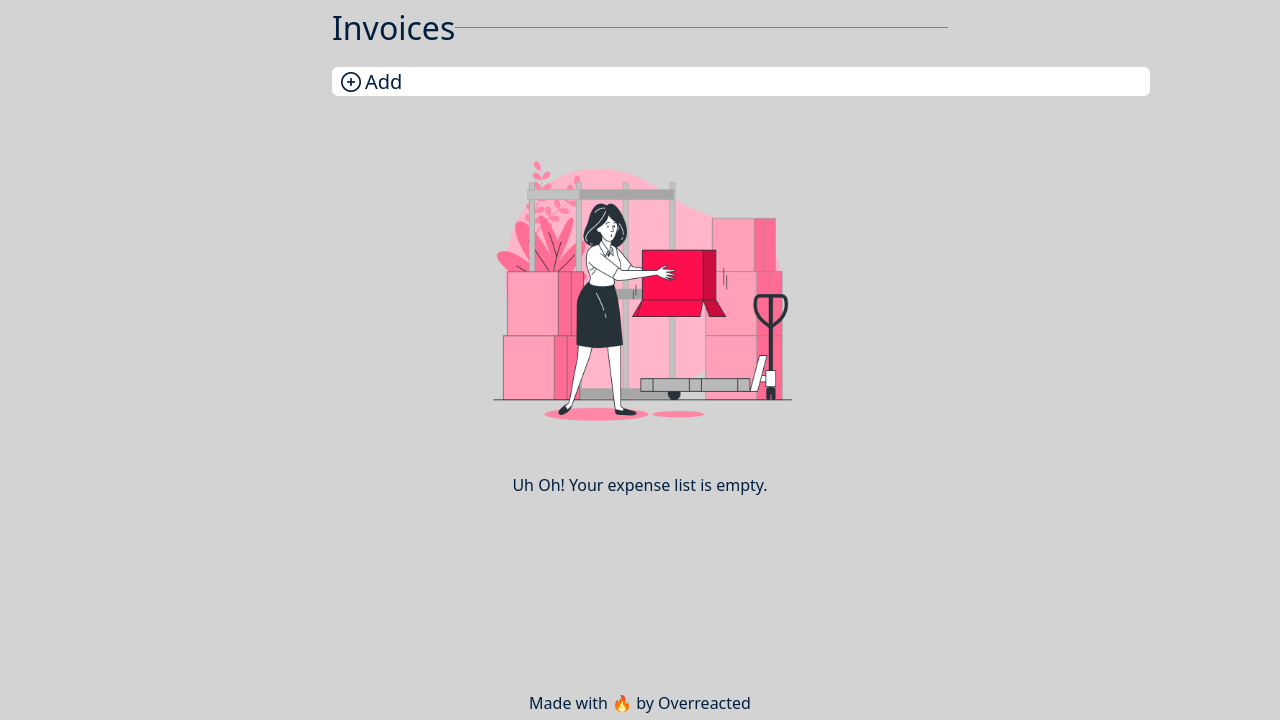
Repository: om1ars/task3
Page: /
The author's editor kept a copy of each file at every save. The page is drawn from the files as they stood at one save, then again after the next save.
The browser window is 1280 px wide. The pictures show the whole page.
Some web libraries are served in a nearby version. The project was rebuilt for these pictures with package versions that can differ from the ones it lists, and the page was loaded fresh each time. Also part of the build but not shown: src/constants/add-expense.js, src/components/add-form/add-form.css, src/components/add-form/success-modal.css, src/components/add-form/success-modal.js, src/components/add-form/index.js, src/pages/add-expense/add-expense.css, src/pages/add-expense/index.js, src/components/expense-list/card.css and 1 more.

Above is the page before, as saved 2021-12-18 14:44:19.

After the next save:
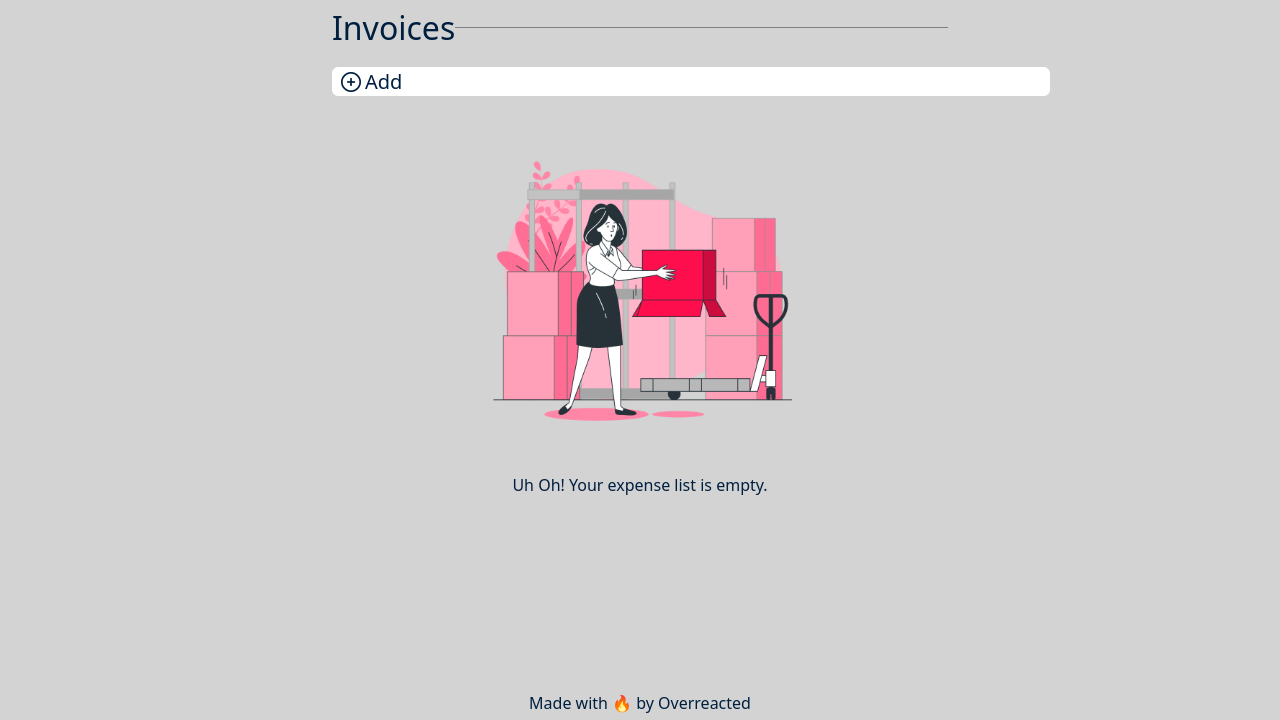
Saved 7 s later.
--- a/src/components/top-fold/index.js
+++ b/src/components/top-fold/index.js
@@ -23,7 +23,7 @@ const TopFold = () => {
             />
           </div> */}
           <Link to="/add-expense">
-            <div className="add-button" style={{width: '800px', backgroundColor: 'white'}}>
+            <div className="add-button" style={{width: '700px', backgroundColor: 'white'}}>
               <i class="fi-rr-add"></i>
               <label>Add</label>
             </div>
